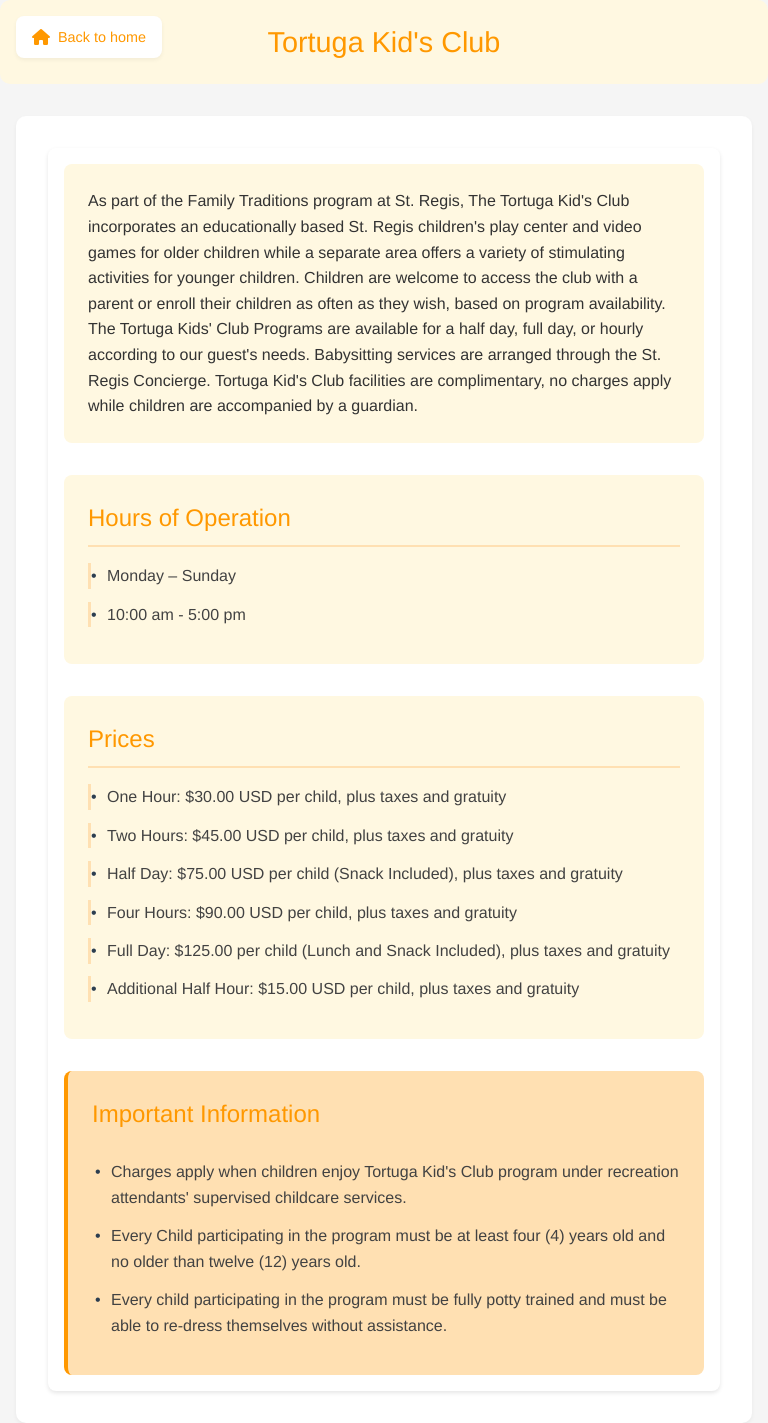
Repository: chvg1968/luxephonebook
Page: public/pages/tortuga.html
The author's editor kept a copy of each file at every save. The page is drawn from the files as they stood at one save, then again after the next save.
The browser window is 768 px wide. The pictures show the whole page.

Above is the page before, as saved 2025-01-23 19:55:11.

### public/pages/tortuga.html
<!DOCTYPE html>
<html lang="en">
<head>
    <meta charset="UTF-8">
    <meta name="viewport" content="width=device-width, initial-scale=1.0">
    <title>Tortuga Kid's Club</title>
    <link rel="stylesheet" href="/public/assets/styles/main.css">
    <link rel="stylesheet" href="/public/assets/styles/components/tortuga.css">
    <link rel="stylesheet" href="https://cdnjs.cloudflare.com/ajax/libs/font-awesome/6.0.0/css/all.min.css">
</head>
<body>
    <main>
        <div class="property-welcome">
            <div class="header-content">
                <a href="villaclara.html" class="back-to-home">
                    <i class="fas fa-home"></i>
                    <span>Back to home</span>
                </a>
                <h1 id="propertyTitle">Tortuga Kid's Club</h1>
            </div>
        </div>

        <div class="property-container">
            <div class="property-content">
                <div class="property-hero">
                    <div class="property-info">
                        <div class="info-section">
                            <p>As part of the Family Traditions program at St. Regis, The Tortuga Kid's Club incorporates an educationally based St. Regis children's play center and video games for older children while a separate area offers a variety of stimulating activities for younger children. Children are welcome to access the club with a parent or enroll their children as often as they wish, based on program availability. The Tortuga Kids' Club Programs are available for a half day, full day, or hourly according to our guest's needs. Babysitting services are arranged through the St. Regis Concierge. Tortuga Kid's Club facilities are complimentary, no charges apply while children are accompanied by a guardian.</p>
                        </div>

                        <div class="info-section">
                            <h3>Hours of Operation</h3>
                            <ul class="info-list">
                                <li>Monday – Sunday</li>
                                <li>10:00 am - 5:00 pm</li>
                            </ul>
                        </div>

                        <div class="info-section">
                            <h3>Prices</h3>
                            <ul class="info-list">
                                <li>One Hour: $30.00 USD per child, plus taxes and gratuity</li>
                                <li>Two Hours: $45.00 USD per child, plus taxes and gratuity</li>
                                <li>Half Day: $75.00 USD per child (Snack Included), plus taxes and gratuity</li>
                                <li>Four Hours: $90.00 USD per child, plus taxes and gratuity</li>
                                <li>Full Day: $125.00 per child (Lunch and Snack Included), plus taxes and gratuity</li>
                                <li>Additional Half Hour: $15.00 USD per child, plus taxes and gratuity</li>
                            </ul>
                        </div>

                        <div class="info-section warning">
                            <h3>Important Information</h3>
                            <ul class="info-list">
                                <li>Charges apply when children enjoy Tortuga Kid's Club program under recreation attendants' supervised childcare services.</li>
                                <li>Every Child participating in the program must be at least four (4) years old and no older than twelve (12) years old.</li>
                                <li>Every child participating in the program must be fully potty trained and must be able to re-dress themselves without assistance.</li>
                            </ul>
                        </div>
                    </div>
                </div>
            </div>
        </div>
    </main>
</body>
</html>

### public/assets/styles/main.css
:root {
    --primary-color: #2c3e50;
    --secondary-color: #3498db;
    --background-color: #f5f5f5;
    --card-background: #ffffff;
    --text-color: #333333;
    --border-radius: 8px;
    --spacing-sm: 8px;
    --spacing-md: 16px;
    --spacing-lg: 24px;
    --shadow-sm: 0 2px 4px rgba(0, 0, 0, 0.1);
    --shadow-md: 0 4px 6px rgba(0, 0, 0, 0.1);
    --transition-speed: 0.3s;
}

* {
    margin: 0;
    padding: 0;
    box-sizing: border-box;
}

body {
    font-family: 'Helvetica Neue', Arial, sans-serif;
    line-height: 1.6;
    color: var(--text-color);
    background-color: var(--background-color);
}

.container {
    max-width: 1200px;
    margin: 0 auto;
    padding: var(--spacing-lg);
}

.two-column-layout {
    display: grid;
    grid-template-columns: 1fr 1fr;
    gap: var(--spacing-lg);
    margin-top: var(--spacing-lg);
}

.property-column {
    background-color: var(--card-background);
    border-radius: var(--border-radius);
    padding: var(--spacing-lg);
    box-shadow: var(--shadow-sm);
    order: 1;
}

.search-column {
    background-color: var(--card-background);
    border-radius: var(--border-radius);
    padding: var(--spacing-lg);
    box-shadow: var(--shadow-sm);
    order: 2;
}

.main-menu {
    list-style: none;
    padding: 0;
}

.menu-item {
    margin-bottom: var(--spacing-sm);
}

.menu-button,
.sub-menu-button {
    width: 100%;
    display: flex;
    align-items: center;
    gap: var(--spacing-md);
    padding: var(--spacing-md);
    background-color: var(--card-background);
    border: none;
    border-radius: var(--border-radius);
    color: var(--primary-color);
    font-size: 1.1em;
    cursor: pointer;
    transition: all var(--transition-speed);
    box-shadow: var(--shadow-sm);
}

.menu-button i,
.sub-menu-button i {
    font-size: 1.2em;
    width: 24px;
    text-align: center;
}

.menu-button:hover,
.sub-menu-button:hover {
    background-color: var(--secondary-color);
    color: white;
    transform: translateY(-2px);
    box-shadow: var(--shadow-md);
}

.menu-button.selected,
.sub-menu-button.selected {
    background-color: var(--primary-color);
    color: white;
}

.sub-menu {
    list-style: none;
    padding-left: var(--spacing-lg);
    margin-top: var(--spacing-sm);
    display: none; /* Oculto por defecto */
}

.menu-item:hover .sub-menu {
    display: block; /* Se muestra al hacer hover */
}

.sub-menu-item {
    margin-bottom: var(--spacing-sm);
}

.sub-menu-button {
    font-size: 0.95em;
    padding: var(--spacing-sm) var(--spacing-md);
    background-color: var(--background-color);
}

.sub-menu-button i {
    font-size: 1.1em;
}

.modal-container {
    display: none;
    position: fixed;
    top: 0;
    left: 0;
    width: 100%;
    height: 100%;
    background-color: rgba(0, 0, 0, 0.5);
    z-index: 1000;
    opacity: 0;
    transition: opacity var(--transition-speed);
}

.modal-container.active {
    display: flex;
    opacity: 1;
}

.modal-content {
    background-color: var(--card-background);
    border-radius: var(--border-radius);
    width: 90%;
    max-width: 800px;
    max-height: 90vh;
    margin: auto;
    position: relative;
    transform: translateY(-20px);
    transition: transform var(--transition-speed);
    overflow: hidden;
    display: flex;
    flex-direction: column;
}

.modal-container.active .modal-content {
    transform: translateY(0);
}

.modal-header {
    padding: var(--spacing-md);
    background-color: var(--primary-color);
    color: white;
    display: flex;
    align-items: center;
    gap: var(--spacing-md);
    position: sticky;
    top: 0;
}

.back-button {
    background: none;
    border: none;
    color: white;
    cursor: pointer;
    display: flex;
    align-items: center;
    gap: var(--spacing-sm);
    font-size: 1em;
    padding: var(--spacing-sm);
    border-radius: var(--border-radius);
    transition: background-color var(--transition-speed);
}

.back-button:hover {
    background-color: rgba(255, 255, 255, 0.1);
}

.modal-body {
    padding: var(--spacing-lg);
    overflow-y: auto;
    flex-grow: 1;
}

.search-section {
    background-color: var(--card-background);
    padding: var(--spacing-lg);
    border-radius: var(--border-radius);
    box-shadow: var(--shadow-sm);
    margin-bottom: var(--spacing-lg);
}

.search-box {
    display: flex;
    gap: var(--spacing-md);
    margin-bottom: var(--spacing-md);
}

.search-input {
    flex: 1;
    padding: var(--spacing-sm);
    border: 2px solid var(--border-color);
    border-radius: var(--border-radius);
    font-size: 1rem;
    transition: var(--transition);
    background-color: var(--card-background);
}

.search-input:focus {
    outline: none;
    border-color: var(--primary-color);
}

.category-select {
    padding: var(--spacing-sm);
    border: 2px solid var(--border-color);
    border-radius: var(--border-radius);
    font-size: 1rem;
    min-width: 200px;
    background-color: var(--card-background);
    cursor: pointer;
    transition: var(--transition);
}

.category-select:focus {
    outline: none;
    border-color: var(--primary-color);
}

.stats {
    color: var(--text-light);
    font-size: 0.9rem;
}

.results {
    display: grid;
    grid-template-columns: repeat(auto-fill, minmax(300px, 1fr));
    gap: var(--spacing-md);
    padding: var(--spacing-sm);
}

.card {
    background-color: var(--card-background);
    border-radius: var(--border-radius);
    padding: var(--spacing-md);
    box-shadow: var(--shadow-sm);
    transition: var(--transition);
}

.card:hover {
    box-shadow: var(--shadow-md);
    transform: translateY(-2px);
}

.property-welcome {
    text-align: center;
    margin-bottom: var(--spacing-lg);
    position: relative;
}

.property-image {
    width: 100%;
    max-height: 400px;
    object-fit: cover;
    border-radius: var(--border-radius);
    margin-bottom: var(--spacing-md);
}

.back-to-home {
    position: absolute;
    top: var(--spacing-md);
    left: var(--spacing-md);
    background-color: var(--background-color);
    padding: var(--spacing-xs) var(--spacing-sm);
    border-radius: var(--border-radius);
    text-decoration: none;
    color: var(--text-color);
    display: flex;
    align-items: center;
    gap: var(--spacing-xs);
    box-shadow: var(--shadow-sm);
    transition: var(--transition);
}

.back-to-home:hover {
    box-shadow: var(--shadow-md);
    transform: translateY(-2px);
}

.back-to-home i {
    font-size: 1.2rem;
}

.property-info {
    background-color: var(--card-background);
    padding: var(--spacing-md);
    border-radius: var(--border-radius);
    box-shadow: var(--shadow-sm);
}

.info-section {
    margin-bottom: var(--spacing-md);
}

.info-section:last-child {
    margin-bottom: 0;
}

.info-section h3 {
    margin-bottom: var(--spacing-sm);
    color: var(--text-color);
    font-weight: 600;
}

.info-list {
    list-style: none;
}

.info-list li {
    margin-bottom: var(--spacing-xs);
    padding-left: var(--spacing-md);
    position: relative;
}

.info-list li::before {
    content: "•";
    color: var(--primary-color);
    position: absolute;
    left: 0;
}

.warning {
    color: var(--primary-dark);
    font-weight: 500;
}

/* Estilos para las secciones de resultados */
.results-sections {
    margin-top: 2rem;
}

.category-section {
    margin-bottom: 2rem;
    scroll-margin-top: 2rem;
}

.category-section h2 {
    color: #333;
    font-size: 1.5rem;
    margin-bottom: 1rem;
    padding-bottom: 0.5rem;
    border-bottom: 2px solid #e0e0e0;
}

/* Scroll suave para toda la página */
html {
    scroll-behavior: smooth;
}

/* Ajustes responsive */
@media (max-width: 768px) {
    .two-column-layout {
        display: flex;
        flex-direction: column;
        gap: var(--spacing-md);
    }

    .property-column {
        order: 1;
    }

    .search-column {
        order: 2;
    }

    .modal-content {
        width: 95%;
        max-height: 95vh;
        margin: 10px auto;
    }

    .menu-button {
        padding: var(--spacing-sm);
    }

    .menu-button i {
        font-size: 1.1em;
    }

    .category-section {
        scroll-margin-top: 1rem;
    }
}

### public/assets/styles/components/tortuga.css
:root {
    /* Paleta de colores pastel */
    --tortuga-orange: #FFB74D;
    --tortuga-light: #FFE0B2;
    --tortuga-accent: #FF9800;
    --tortuga-bg: #FFF8E1;
    --tortuga-text: #424242;
    --tortuga-text-light: #757575;
    --tortuga-white: #FFFFFF;
  }

  .property-welcome {
    background-color: var(--tortuga-bg);
    padding: 2rem;
    border-radius: 10px;
    margin-bottom: 2rem;
  }

  .header-content {
    display: flex;
    flex-direction: column;
    align-items: flex-start;
    gap: 1.5rem;
  }

  .property-welcome h1 {
    color: var(--tortuga-accent);
    font-size: 2.5rem;
    font-weight: 300;
    margin: 0;
    text-align: center;
    width: 100%;
    font-family: 'Helvetica Neue', Arial, sans-serif;
  }

  .property-container {
    max-width: 1200px;
    margin: 0 auto;
    padding: 0 1rem;
  }

  .property-content {
    background-color: var(--tortuga-white);
    border-radius: 10px;
    box-shadow: 0 2px 4px rgba(0,0,0,0.05);
    padding: 2rem;
  }

  .info-section {
    margin-bottom: 2rem;
    padding: 1.5rem;
    border-radius: 8px;
    background-color: var(--tortuga-bg);
    transition: transform 0.3s ease;
  }

  .info-section:hover {
    transform: translateY(-2px);
  }

  .info-section h3 {
    color: var(--tortuga-accent);
    font-size: 1.5rem;
    font-weight: 400;
    margin-bottom: 1rem;
    border-bottom: 2px solid var(--tortuga-light);
    padding-bottom: 0.5rem;
  }

  .info-list {
    list-style: none;
    padding: 0;
  }

  .info-list li {
    color: var(--tortuga-text);
    margin-bottom: 0.8rem;
    padding-left: 1rem;
    border-left: 3px solid var(--tortuga-light);
    transition: border-left-color 0.3s ease;
  }

  .info-list li:hover {
    border-left-color: var(--tortuga-accent);
  }

  .warning {
    background-color: var(--tortuga-light);
    border-left: 4px solid var(--tortuga-accent);
  }

  .back-to-home {
    padding: 0.8rem 1.2rem;
    background-color: var(--tortuga-white);
    border-radius: 8px;
    display: inline-flex;
    align-items: center;
    box-shadow: 0 2px 4px rgba(0,0,0,0.05);
    color: var(--tortuga-accent);
    text-decoration: none;
    font-weight: 500;
    transition: all 0.3s ease;
  }

  .back-to-home:hover {
    background-color: var(--tortuga-bg);
    transform: translateX(-5px);
  }

  .back-to-home i {
    font-size: 1.2rem;
    margin-right: 0.5rem;
  }

  /* Estilos responsivos */
  @media (max-width: 768px) {
    .property-welcome {
      padding: 1.2rem;
    }

    .header-content {
      gap: 1rem;
    }

    .property-welcome h1 {
      font-size: 1.8rem;
    }

    .back-to-home {
      padding: 0.6rem 1rem;
      font-size: 0.9rem;
    }

    .back-to-home i {
      font-size: 1rem;
    }
  }

  @media (max-width: 480px) {
    .property-welcome h1 {
      font-size: 1.5rem;
    }
  }

After the next save:
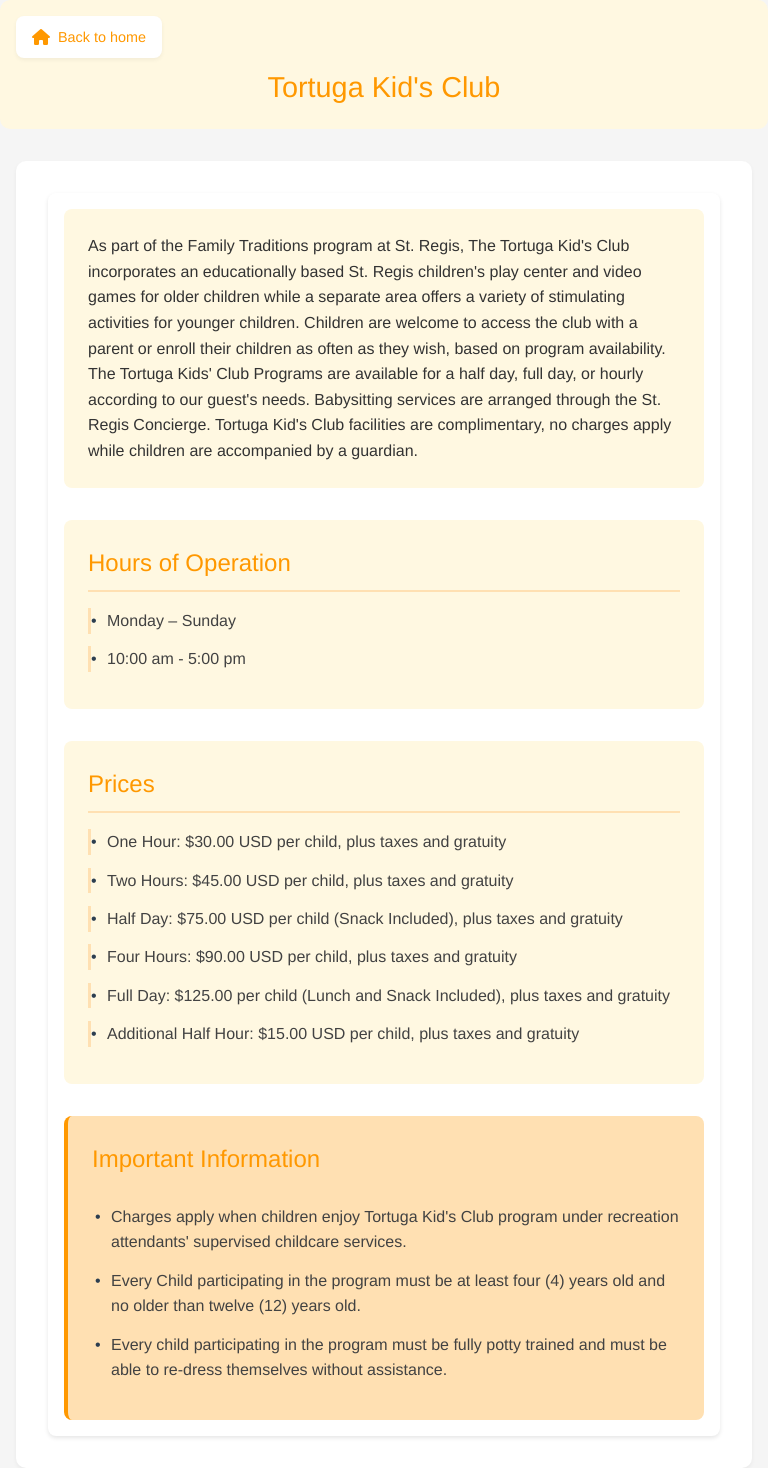
Saved 115 s later.
--- a/public/assets/styles/components/tortuga.css
+++ b/public/assets/styles/components/tortuga.css
@@ -14,6 +14,8 @@
     padding: 2rem;
     border-radius: 10px;
     margin-bottom: 2rem;
+    position: relative;
+    min-height: 120px;
   }
 
   .header-content {
@@ -90,6 +92,9 @@
   }
 
   .back-to-home {
+    position: absolute;
+    top: 1rem;
+    left: 1rem;
     padding: 0.8rem 1.2rem;
     background-color: var(--tortuga-white);
     border-radius: 8px;
@@ -100,6 +105,7 @@
     text-decoration: none;
     font-weight: 500;
     transition: all 0.3s ease;
+    z-index: 10;
   }
 
   .back-to-home:hover {
@@ -115,7 +121,8 @@
   /* Estilos responsivos */
   @media (max-width: 768px) {
     .property-welcome {
-      padding: 1.2rem;
+      padding: 4rem 1.2rem 1.2rem 1.2rem;
+      min-height: 100px;
     }
 
     .header-content {
